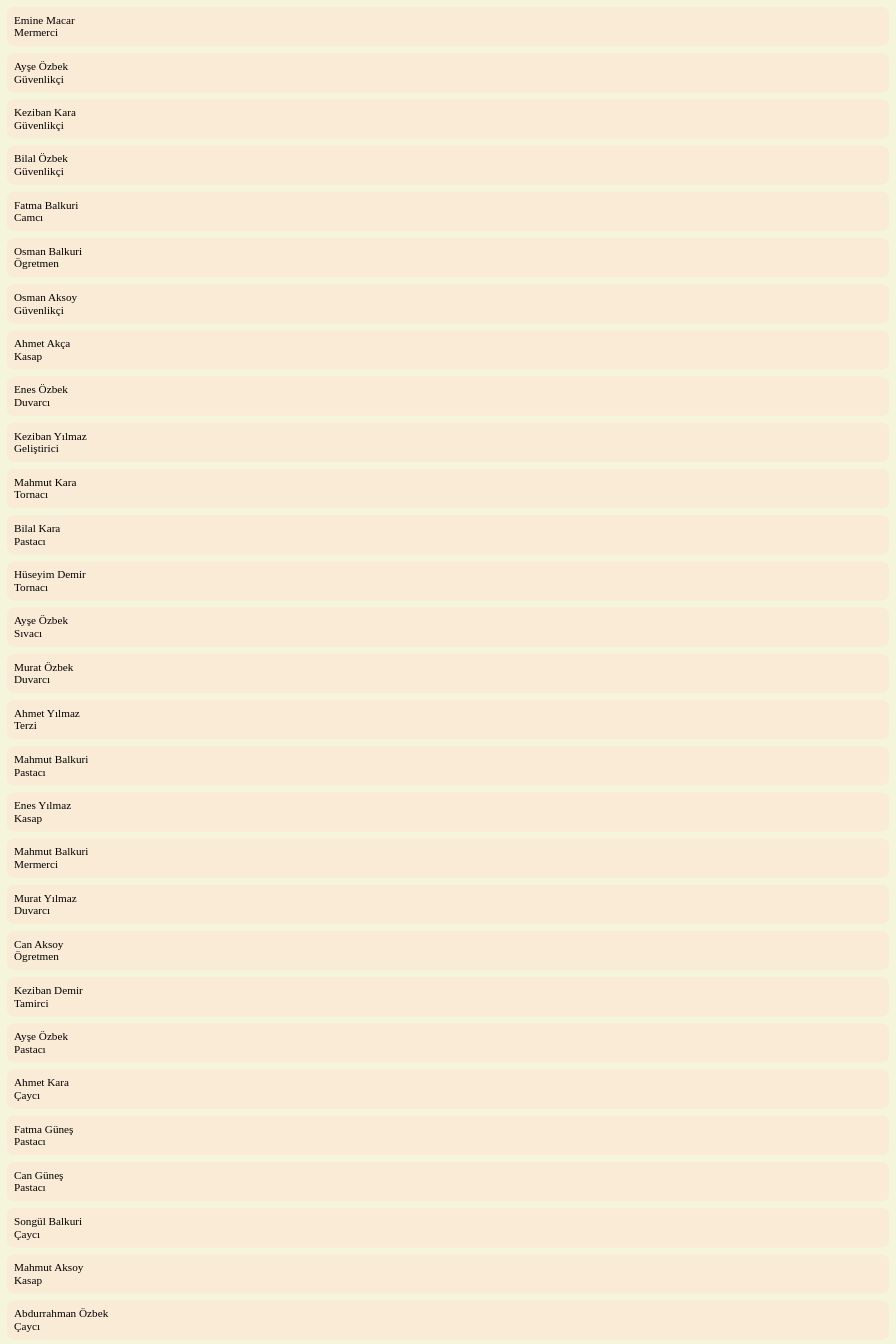
Repository: Sonvatan/S-f-rdan-geli-tirici-olmak-hafta-6
Page: İndex.html
These files come from the project's save history. The page is drawn as it stood at one moment and after the next save; the edit follows.
The browser window is 1280 px wide. The pictures show the part of the page from y = 0 to 1920 px (the page is 5148 px tall), at 70% of full size.

Above is the page before, as saved 2024-02-01 23:40:28.

### İndex.html
<html>
    <head>
        <title>Week-6</title>
        <style>
            * {
                padding: 0;
                margin: 0;
            }

            html, body, #root {
                background-color: beige;
                height: 100%;
                width: 100%;
            }
            .person {
                background-color: antiquewhite;
                flex-direction: column;
                border-radius: 10px;
                display: flex;
                padding: 10px;
                margin: 10px;
            }
        </style>

    <body>
        <div id = "root"></div>

       <script>
            const names = [
                "Ahmet",
                "Mehmet",
                "Murat",
                "Ayşe",
                "Fatma",
                "Keziban",
                "Songül",
                "Emine",
                "Musab",
                "Abdurrahman",
                "Can",
                "Mahmut",
                "Bilal",
                "Büşra",
                "Hüseyim",
                "Osman",
                "Enes",
            ];

            const surnames = [
                "Balkuri",
                "Kara",
                "Güneş",
                "Özbek",
                "Yılmaz",
                "Macar",
                "Yılmaz",
                "Akça",
                "Demir",
                "Aksoy",

            ];

            const jobs = [
                "Tamirci",
                "Tornacı",
                "Çaycı",
                "Polis",
                "Ögretmen",
                "Camcı",
                "Güvenlikçi",
                "Pastacı",
                "Geliştirici",
                "Sıvacı",
                "Duvarcı",
                "Terzi",
                "Mermerci",
                "Kasap",

           ];



            const randomName = () => {
                return names[Math.floor(Math.random() * names.length)];

            };

            const randomSurname = () => {
                return surnames[Math.floor(Math.random() * surnames.length)];

            };

            const randomFullName = () => {
                const name = randomName();
                const surname = randomSurname();

                return ` ${name} ${surname}`;

            };
            const randomJob = () => {
                return jobs[Math.floor(Math.random() * jobs.length)];
            };

             let data = [];
            for(let i = 0; i < 78; i++) {
                data.push({
                    title:randomFullName(),
                    job: randomJob(),
                    id: i
                });
            }
            const containerDiv = document.getElementById("root");
            data.forEach((item,index) => {
                containerDiv.innerHTML += `<div id="${item.id}" class="person person-${index}">
                    <span>${item.title}</span>
                    <span>${item.job}</span>

                </div>`;

            });

       </script>
    </head>
    </body>
</html>

After the next save:
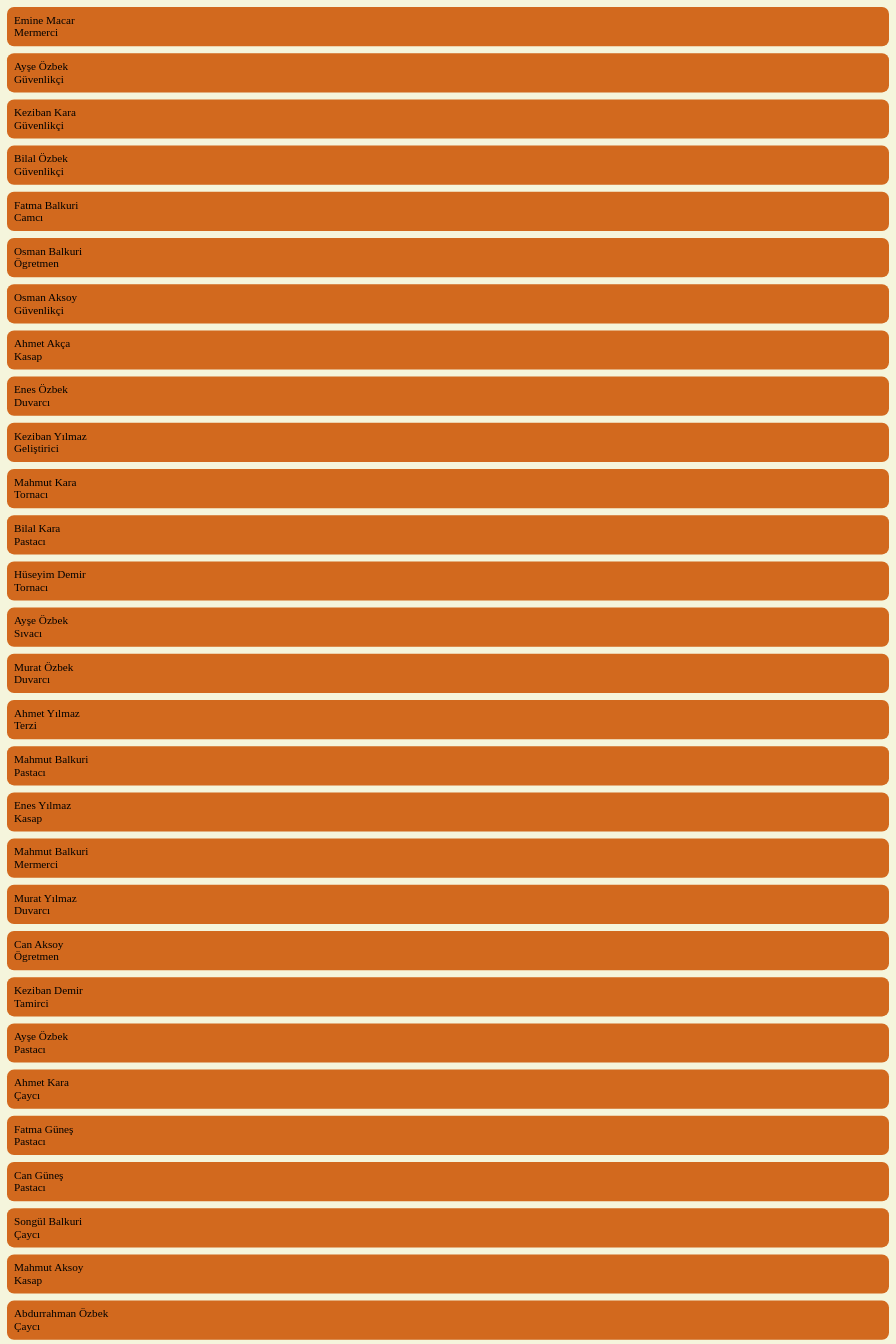
Saved 30 s later.
--- a/İndex.html
+++ b/İndex.html
@@ -13,7 +13,7 @@
                 width: 100%;
             }
             .person {
-                background-color: antiquewhite;
+                background-color: chocolate;
                 flex-direction: column;
                 border-radius: 10px;
                 display: flex;
